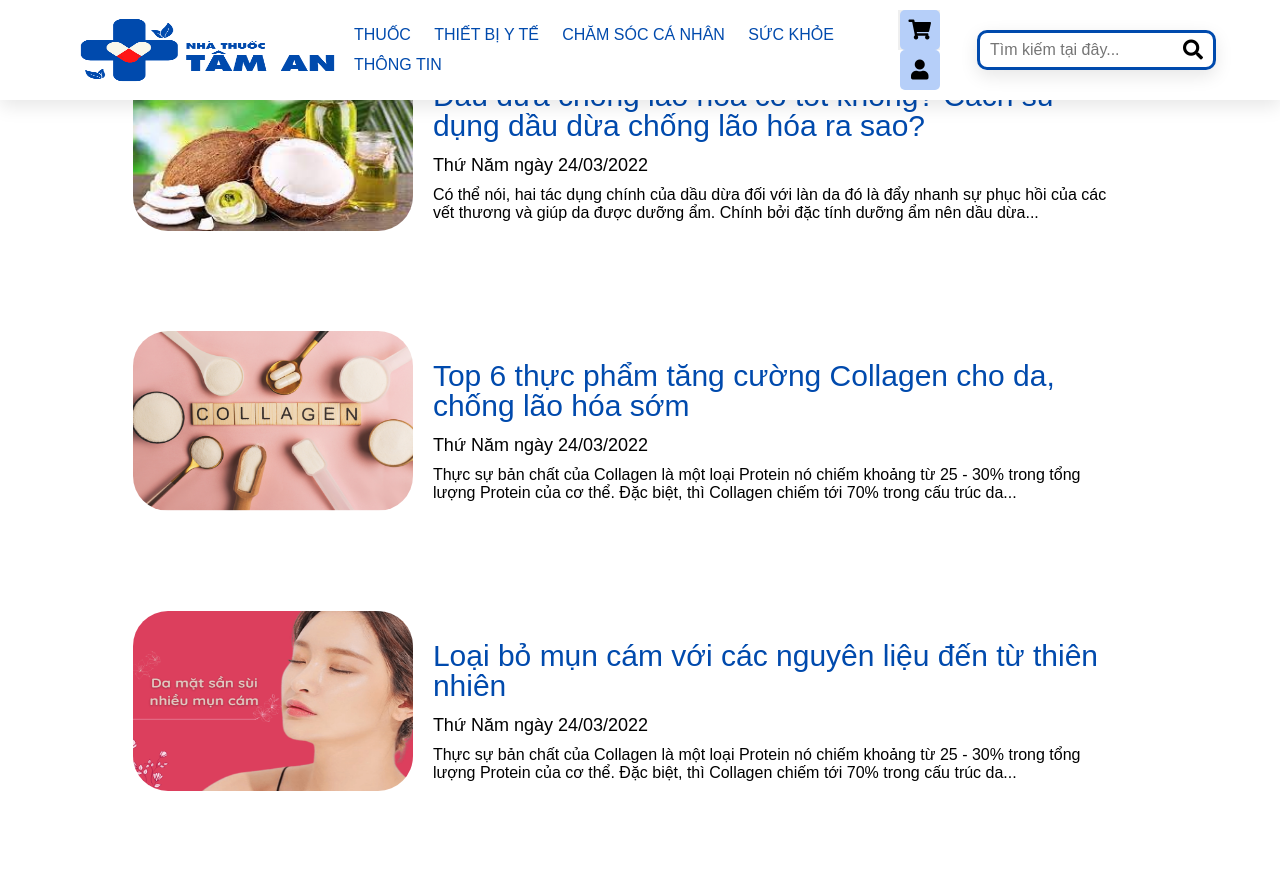
Repository: ViralAIWorks/TamAnPharmacy.github.io
Page: pages/chamsoccanhan.html
These files come from the project's save history. The page is drawn as it stood at one moment and after the next save; the edit follows.
The browser window is 1280 px wide. The pictures show the whole page.
Some web fonts or font styles are not loaded; a fallback is used.

Above is the page before, as saved 2022-03-23 18:34:59.

After the next save:
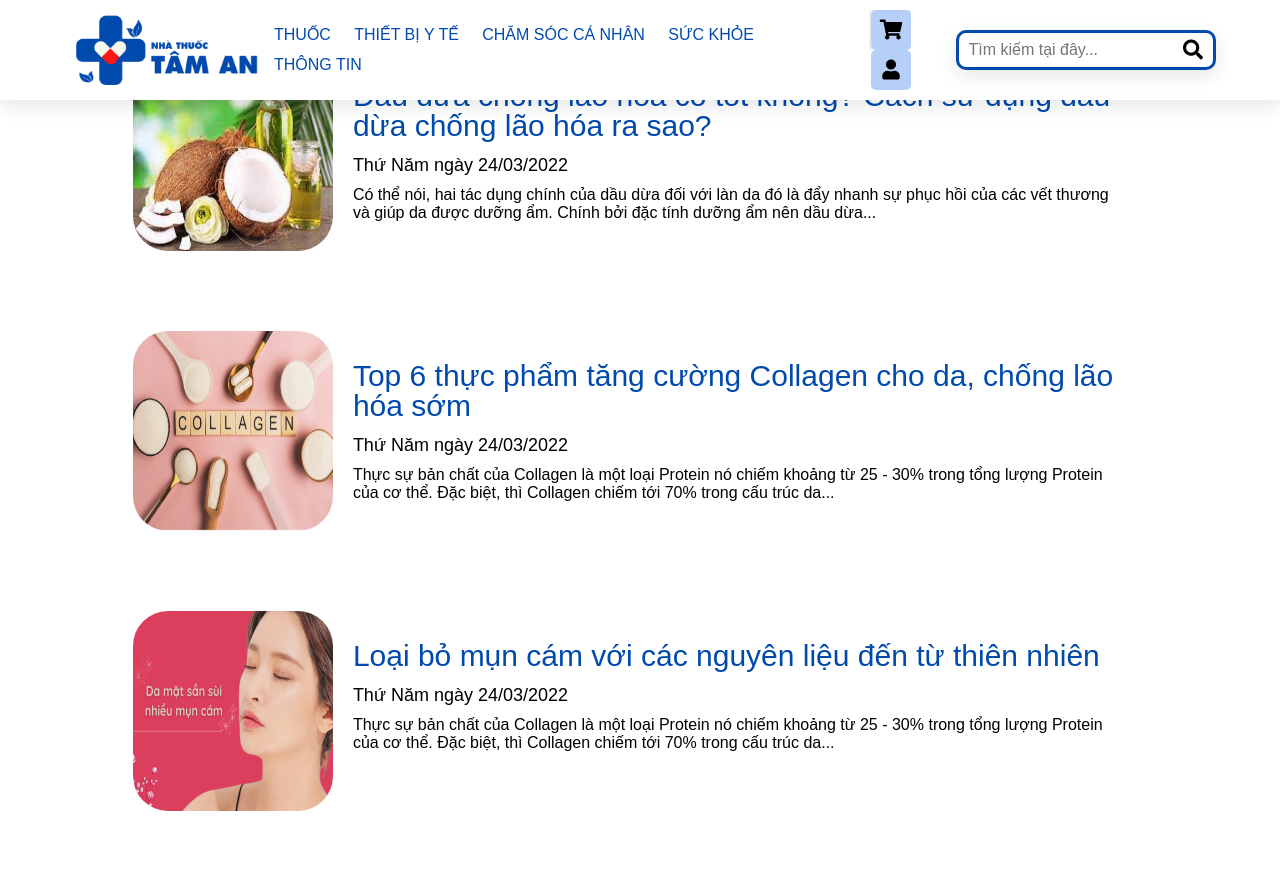
Saved 45 s later.
--- a/pages/chamsoccanhan.css
+++ b/pages/chamsoccanhan.css
@@ -192,8 +192,8 @@
 }
 
 img {
-    width: 280px;
-    height: 180px;
+    width: 200px;
+    height: 200px;
     border-radius: 35px;
 }
 

After the save that followed:
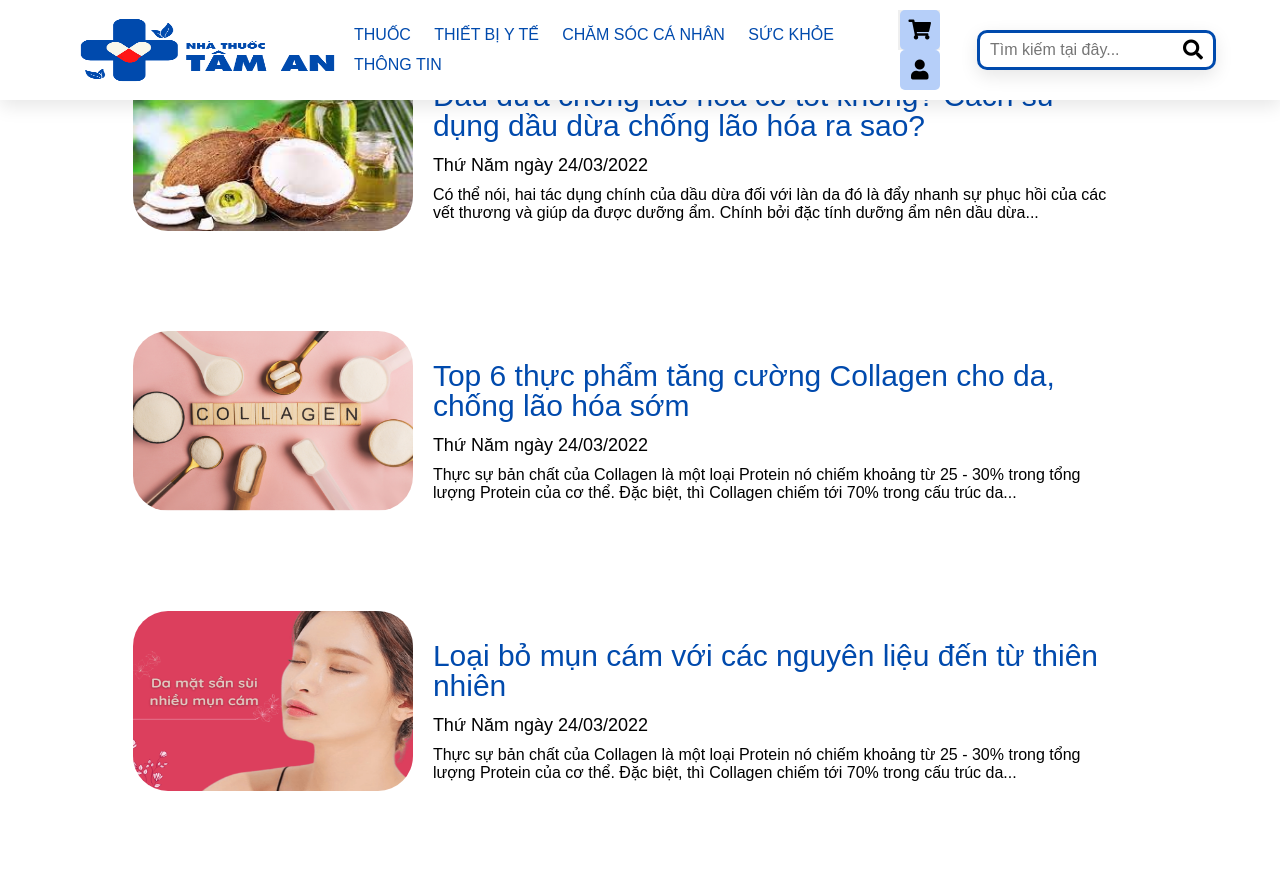
Saved 8 s later.
--- a/pages/chamsoccanhan.css
+++ b/pages/chamsoccanhan.css
@@ -192,8 +192,8 @@
 }
 
 img {
-    width: 200px;
-    height: 200px;
+    width: 280px;
+    height: 180px;
     border-radius: 35px;
 }
 
